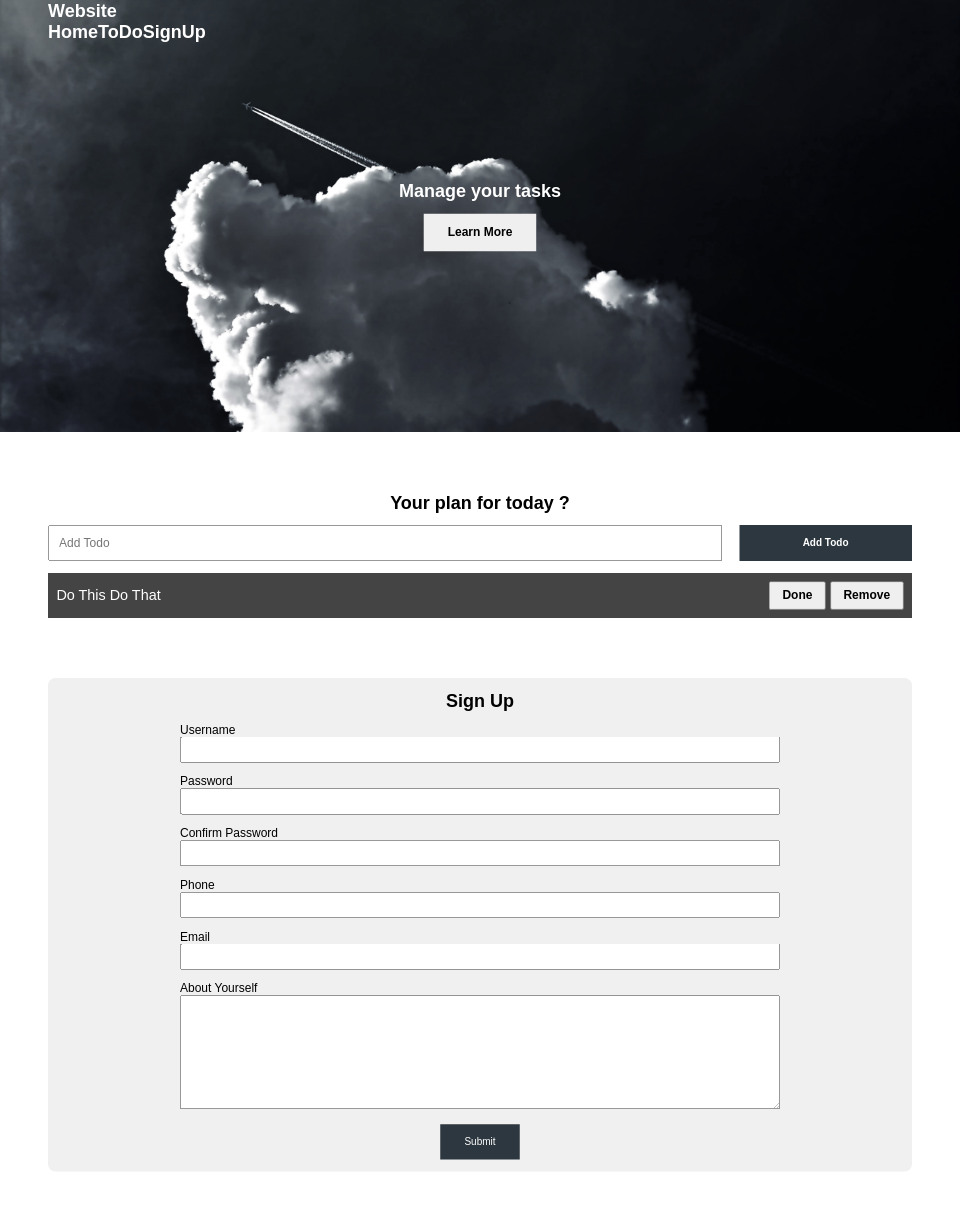
Repository: codewithfaizan/JavaScriptSelf
Page: 27.08.2022/index.html
These files come from the project's save history. The page is drawn as it stood at one moment and after the next save; the edit follows.
The browser window is 1280 px wide. The pictures show the whole page, at 75% of full size.

Above is the page before, as saved 2022-08-27 17:06:15.

### 27.08.2022/index.html
<!-- Creating html page -->
<!DOCTYPE html>
<html lang="en">
<head>
    <meta charset="UTF-8">
    <meta http-equiv="X-UA-Compatible" content="IE=edge">
    <meta name="viewport" content="width=device-width, initial-scale=1.0">
    <title>Website</title>
    <link rel="stylesheet" href="style.css">
</head>
<body>
    <header class="header">
        <nav class="nav container">
                <h1 class="logo">Website</h1class>
                <ul class="nav-items">
                    <li class="nav-item"><a href="#home">Home</a></li>
                    <li class="nav-item><a href="">ToDo</a></li>
                    <li class="nav-item><a href="">SignUp</a></li>
                </ul>
        </nav>

        <div class="headline">
            <h2 id="main-heading">
              Manage your tasks <span style="display: none">Hello</span>
            </h2>
            <button class="btn btn-headline">Learn More</button>
          </div>
    </header>
    <section class="section-todo container">
        <h2>Your plan for today ?</h2>

        <form class="form-todo">
          <input type="text" name="" id="" placeholder="Add Todo" />
          <input type="submit" value="Add Todo" class="btn" />
        </form>

        <ul class="todo-list">
            <li>
              <span class="text">Do this do that</span>
              <div class="todo-buttons">
                <button class="todo-btn done">Done</button>
                <button class="todo-btn remove">Remove</button>
              </div>
            </li>
          </ul>
        </section>

        <section class="section-signup container">
            <h2>Sign Up</h2>
            <form class="signup-form">
              <div class="form-group">
                <label for="username">Username</label>
                <input type="text" name="username" id="username" />
              </div>
              <div class="form-group">
                <label for="password">Password</label>
                <input type="password" name="password" id="password" />
              </div>
              <div class="form-group">
                <label for="confirmPassword">Confirm Password</label>
                <input type="password" name="confirmPassword" id="confirmPassword" />
              </div>
              <div class="form-group">
                <label for="phone">Phone</label>
                <input type="text" name="phone" id="phone" />
              </div>
              <div class="form-group">
                <label for="email">Email</label>
                <input type="email" name="email" id="email" />
              </div>
              <div class="form-group">
                <label for="about">About Yourself</label>
                <textarea name="about" id="about" cols="30" rows="10"></textarea>
              </div>
              <button type="submit" class="btn signup-btn">Submit</button>
            </form>
          </section>
</body>
</html>

### 27.08.2022/style.css
*{
    box-sizing: border-box;
    padding:0;
    margin: 0;
}

body {
    font-family:Arial, Helvetica, sans-serif;
}

a{
    text-decoration: none;
    color:white
}
.header{
    position: relative;
    min-height: 80vh;  /* <--!vh means viewport height--> */
    background-image: url(./pexels-sevenstorm-juhaszimrus-1302330.jpg);
    background-position: center;
    background-repeat: no-repeat;
    background-size: cover;

    color: white;
}

.bg-dark{
    background:#000;
    color: #eee;
}
.container{
    max-width: 1200px;
    margin: auto;
    width: 90%;
}

.nav {
    min-height: 8vh;
    display: flex;
    justify-content: space-between;
    align-items: center;
    padding: ;
  }

  .nav-items {
    width: 40%;
    display: flex;
    list-style-type: none;
    justify-content: space-between;
  }
  .headline {
    text-align: center;
    position: absolute;
    top: 50%;
    left: 50%;
    transform: translate(-50%, -50%);
  }

  .btn {
    display: inline-block;
    outline: none;
    border: none;
    cursor: pointer;
  }

  .btn-headline {
    padding: 1rem 2rem;
    font-size: 1rem;
    margin-top: 1rem;
    font-weight: 600;
  }

  .section-todo {
    margin-top: 5rem;
    text-align: center;
  }

  .form-todo {
    min-height: 5vh;
    display: flex;
    justify-content: space-between;
    margin-top: 1rem;
  }

  .form-todo input {
    min-height: 100%;
  }
  .form-todo input[type="text"] {
    width: 78%;
    padding: 0.8rem;
    font-size: 1rem;
    font-weight: 400;
  }
  .form-todo input[type="submit"] {
    width: 20%;
    background: rgb(44, 55, 63);
    color: white;
    font-weight: bold;
  }
  .todo-list {
    text-align: left;
    font-size: 1.2rem;
    list-style-type: none;
  }
  .todo-list li {
    padding: 0.7rem;
    background: #444;
    color: white;
    margin-top: 1rem;
    text-transform: capitalize;
    display: flex;
    justify-content: space-between;
    align-items: center;
  }
  .todo-btn {
    /* min-height: 100%; */
    padding: 0.5rem 1rem;
    font-size: 1rem;
    font-weight: bold;
    cursor: pointer;
  }
  .section-signup {
    margin: 5rem auto;
    text-align: center;
    background: rgb(240, 240, 240);
    border-radius: 10px;
    padding: 1rem;
  }

  .signup-form {
    max-width: 800px;
    width: 95%;
    text-align: left;
    margin: auto;
  }
  .signup-form label {
    display: block;
  }

  .signup-form input {
    display: block;
    width: 100%;
    padding: 0.5rem;
  }
  .form-group {
    margin-top: 1rem;
  }
  .signup-form textarea {
    width: 100%;
  }
  .signup-btn {
    background: rgb(44, 55, 63);
    color: white;
    padding: 1rem 2rem;
    display: block;
    margin: auto;
    margin-top: 1rem;
  }

After the next save:
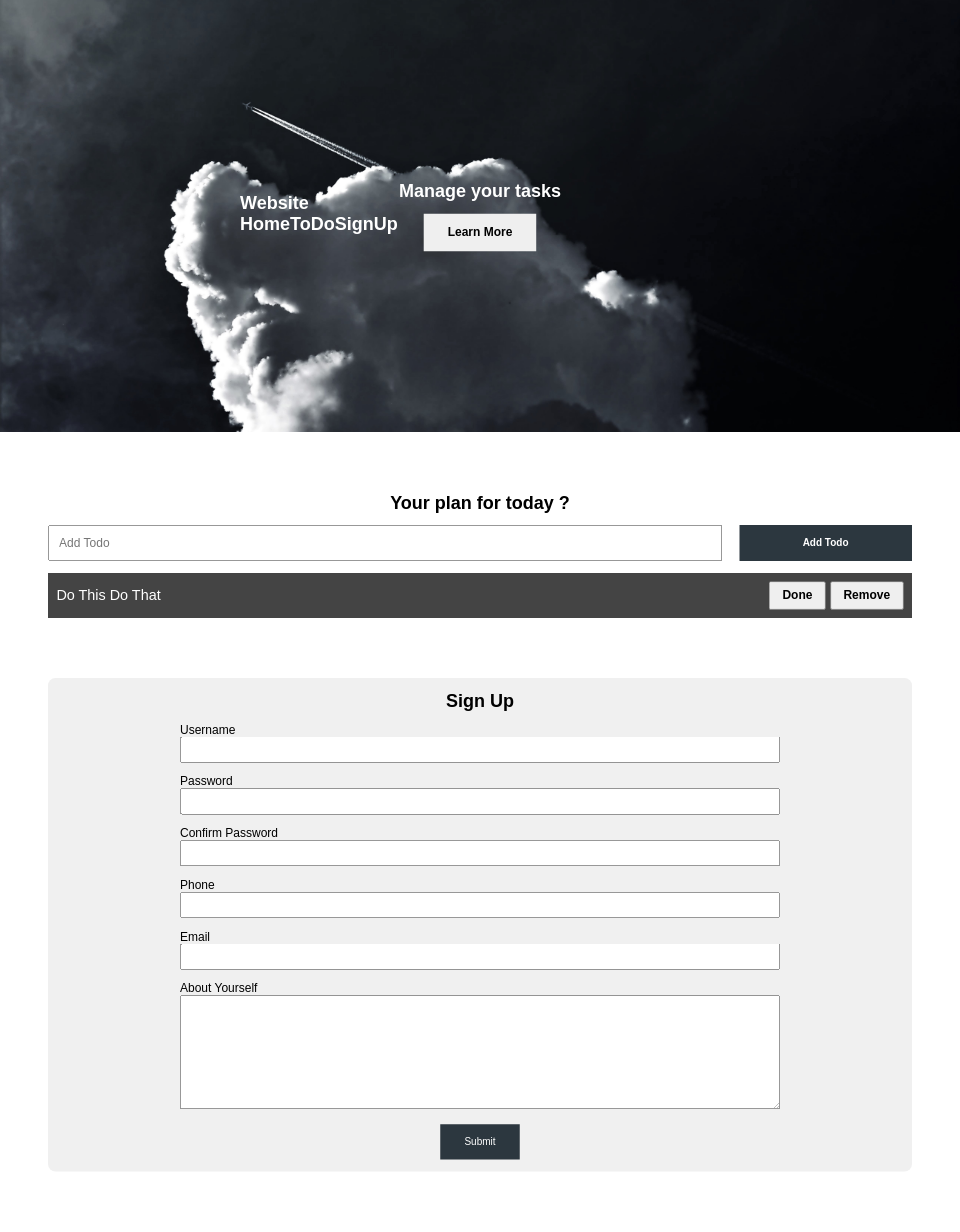
Saved 4 s later.
--- a/27.08.2022/style.css
+++ b/27.08.2022/style.css
@@ -38,7 +38,7 @@ a{
     display: flex;
     justify-content: space-between;
     align-items: center;
-    padding: ;
+    padding: 20%;
   }
 
   .nav-items {
